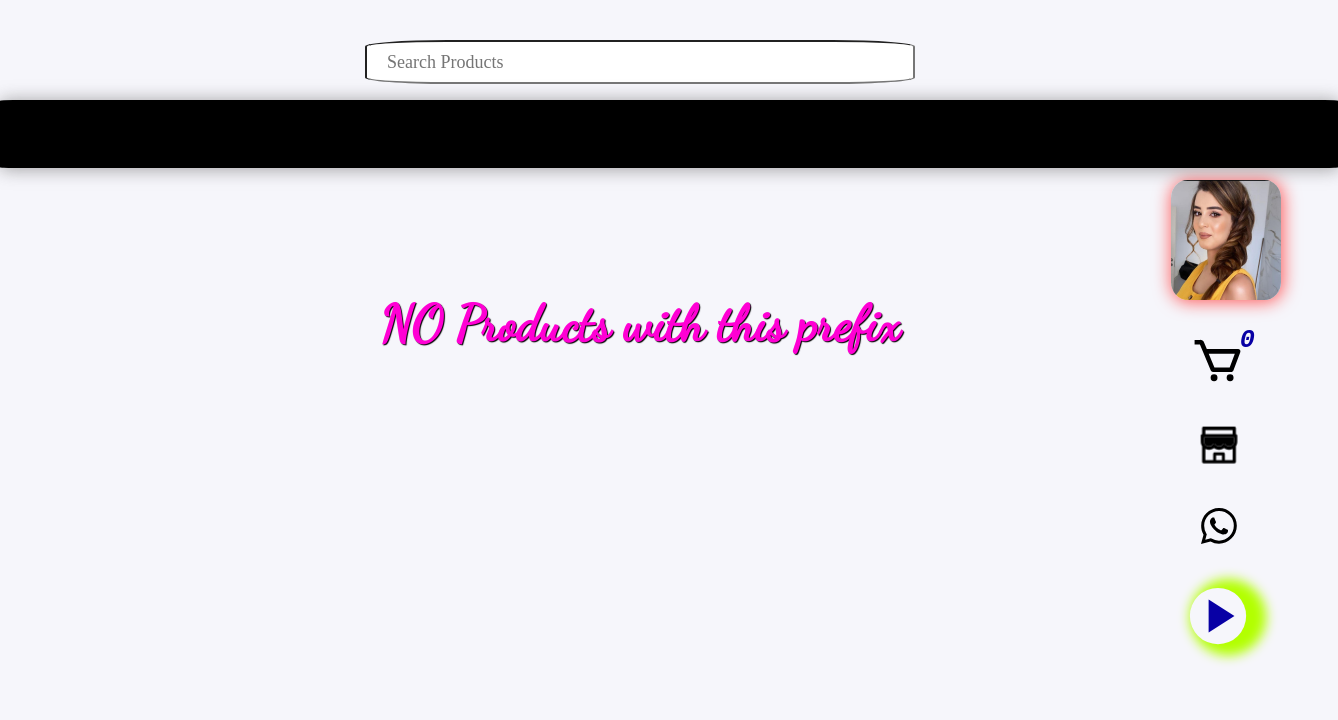
Repository: rehamAbass/BeautyCareShop
Page: /
The author's editor kept a copy of each file at every save. The page is drawn from the files as they stood at one save, then again after a run of saves.
The browser window is 1280 px wide. The page is 1338 px wide, so the pictures cover 1338 px, including what lies to the right of the window. The pictures show the whole page.
The pointer rests on the first visible `.btnAudio`.
The page's requests for data from a server got no answer. Some web fonts or font styles are not loaded; a fallback is used. The project was rebuilt for these pictures with package versions that can differ from the ones it lists, and the page was loaded fresh each time. No one was signed in, and anything a server would have sent is missing. Also part of the build but not shown: src/components/allProducts/prod/card.css, src/components/allProducts/prod/card.component.jsx, src/components/myCart/myCart.css, src/components/myCart/cartProduct/cartProduct.css, src/components/myCart/cartProduct/cartProduct.jsx, src/components/myCart/myCart.jsx. Imported but missing from the stored project, and not drawn on this page: src/components/header/music/ed.mp3.

Above is the page before, as saved 2022-06-08 13:33:07.

After the next 2 saves:
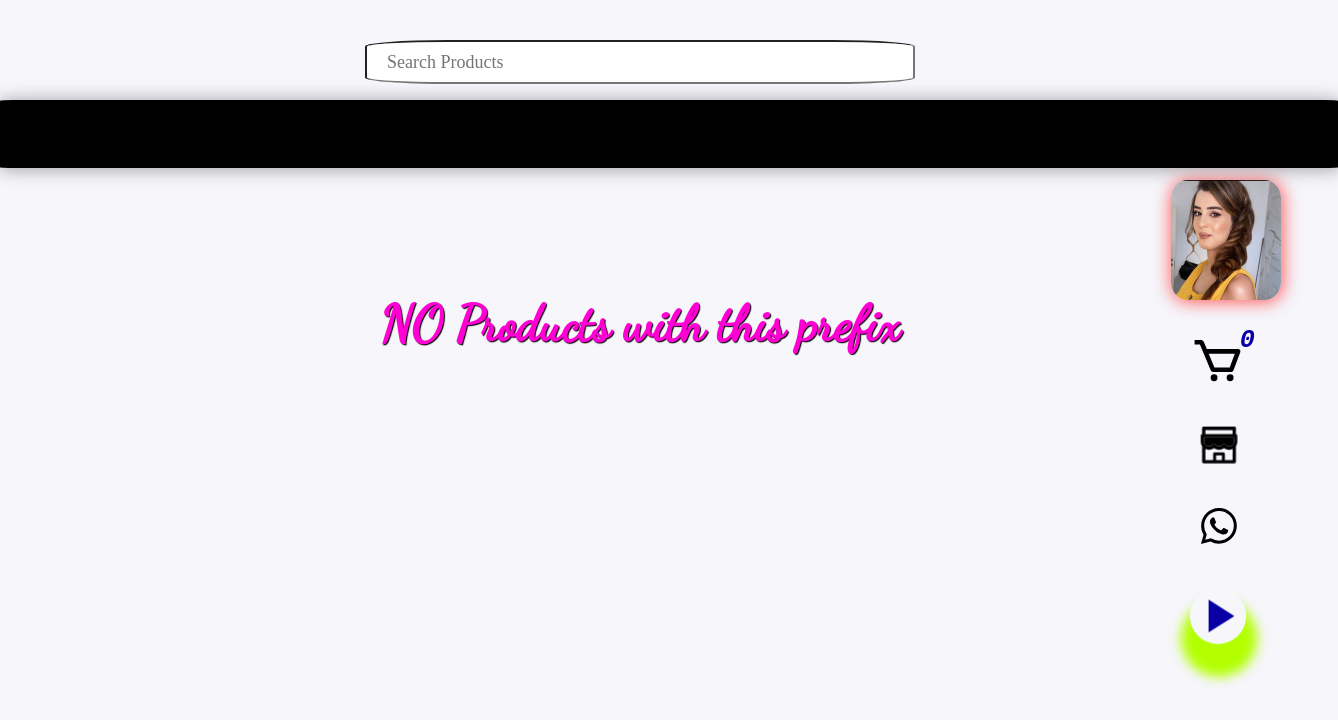
The 2 saves are shown as one change because they came seconds apart.
The last was saved 16 s later.
--- a/src/components/header/music/music.css
+++ b/src/components/header/music/music.css
@@ -13,5 +13,5 @@
 .btnAudio:hover {
    color : rgb(8, 0, 165);
     transform: scale(1.125);
-    box-shadow: 9px 1px 10px 9px  rgb(179, 255, 0);
+    box-shadow: 1px 20px 10px 9px  rgb(179, 255, 0);
 }
